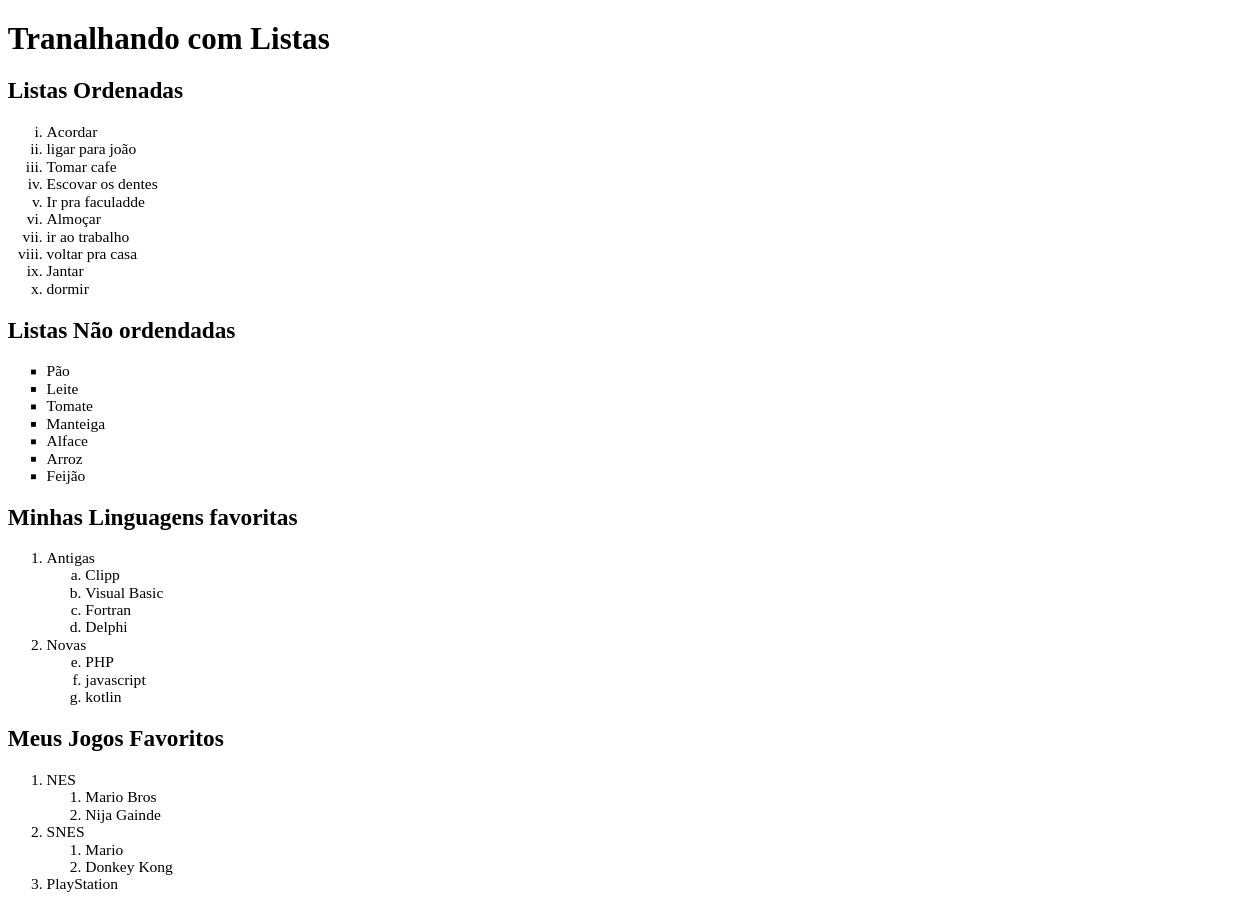
Repository: pheonix5/Estudo
Page: html-css/exercicios/ex009/index.html
The author's editor kept a copy of each file at every save. The page is drawn from the files as they stood at one save, then again after the next save.
The browser window is 1280 px wide. The pictures show the whole page, at 97% of full size.

Above is the page before, as saved 2023-08-01 22:33:25.

### html-css/exercicios/ex009/index.html
<!DOCTYPE html>
<html lang="pt-br">
<head>
  <meta charset="UTF-8">
  <meta name="viewport" content="width=device-width, initial-scale=1.0">
  <title>Listas</title>
</head>
<body>
  <h1>Tranalhando com Listas</h1>
  <h2>Listas Ordenadas</h2>

  <ol type="i"> <!-- 1 A a I i -->
    <li>Acordar</li>
    <li>ligar para joão</li>
    <li>Tomar cafe</li>
    <li>Escovar os dentes</li>
    <li>Ir pra faculadde</li>
    <li>Almoçar</li>
    <li>ir ao trabalho</li>
    <li>voltar pra casa</li>
    <li>Jantar</li>
    <li>dormir</li>
  </ol>

  <h2>Listas Não ordendadas</h2>
  <ul type="square"> <!-- disc circle square -->
    <li>Pão</li>
    <li>Leite</li>
    <li>Tomate</li>
    <li>Manteiga</li>
    <li>Alface</li>
    <li>Arroz</li>
    <li>Feijão</li>
  </ul>

  <h2>Minhas Linguagens favoritas </h2>
  <ol>
    <li>Antigas</li>
    <ol type="a">
      <li>Clipp</li>
      <li>Visual Basic</li>
      <li>Fortran</li>
      <li>Delphi</li>
    </ol>
    <li>Novas</li>
    <ol type="a" start="5">
      <li>PHP</li>
      <li>javascript</li>
      <li>kotlin</li>
    </ol>
  </ol>

  <h2>Meus Jogos Favoritos </h2>
    <ol>
      <li>NES</li>
      <ol>
        <li>Mario Bros</li>
        <li>Nija Gainde</li>
      </ol>
      <li>SNES</li>
      <ol>
        <li>Mario</li>
        <li>Donkey Kong</li>
      </ol>
      <li>PlayStation</li>
    </ol>
</html>

After the next save:
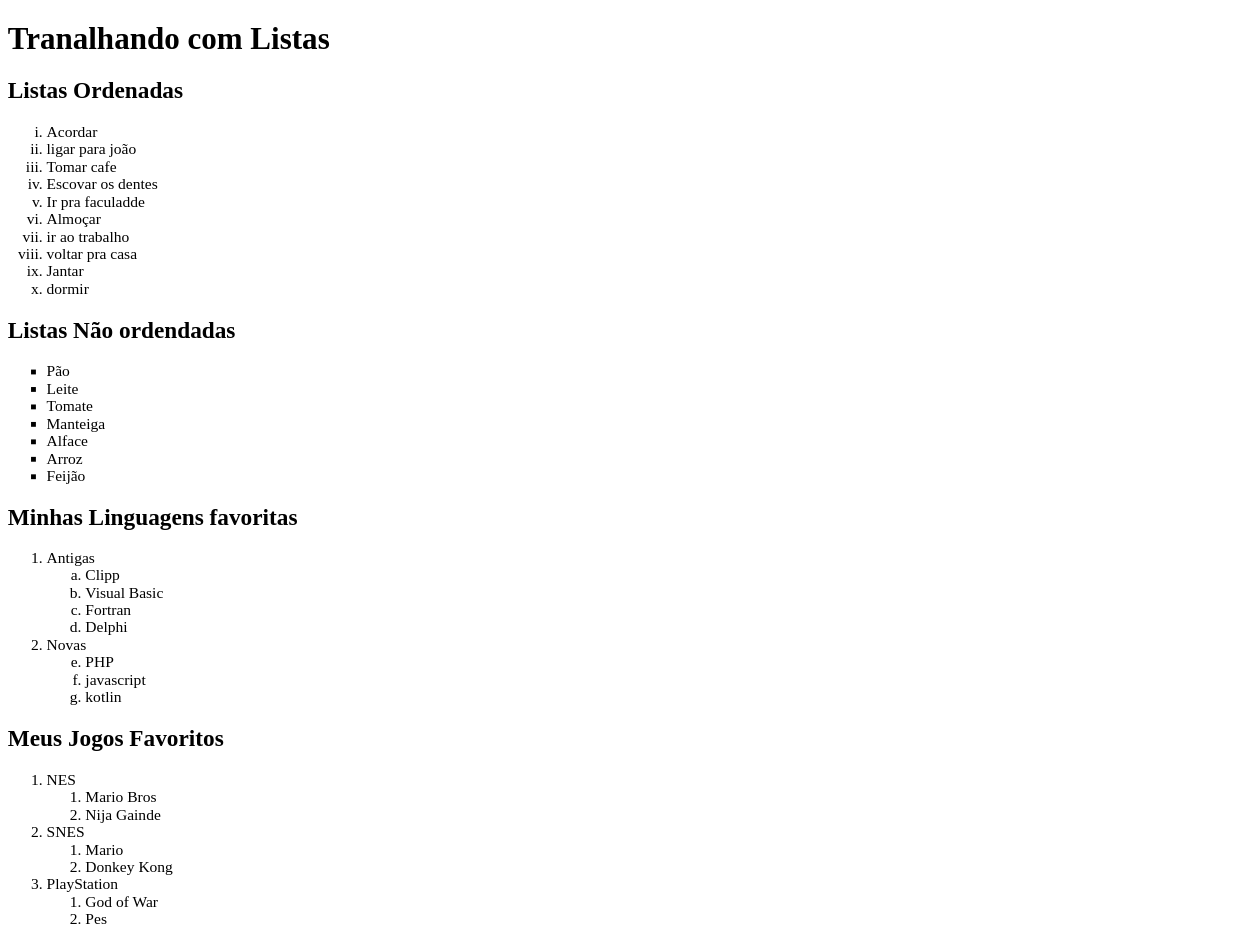
Saved 21 s later.
--- a/html-css/exercicios/ex009/index.html
+++ b/html-css/exercicios/ex009/index.html
@@ -63,5 +63,9 @@
         <li>Donkey Kong</li>
       </ol>
       <li>PlayStation</li>
+      <ol>
+        <li>God of War</li>
+        <li>Pes</li>
+      </ol>
     </ol>
 </html>
